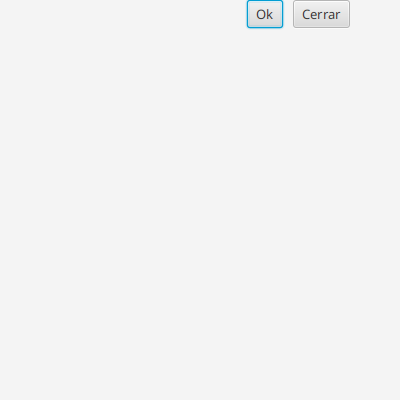
Repository: anxoportela/PROG
Program's window: java Java_Interfaz/ProyectoJavaFX/src/com/acarballeira/javaFX/ejemplo6/App.java
The author's editor kept a copy of each file at every save. The program's window is drawn from the files as they stood at one save, then again after the next save.
It runs on Java 21 on a 1366 x 768 screen with JavaFX 11; the title bar is not drawn.

Above is the program's window before, as saved 2020-03-04 20:35:05.

After the next save:
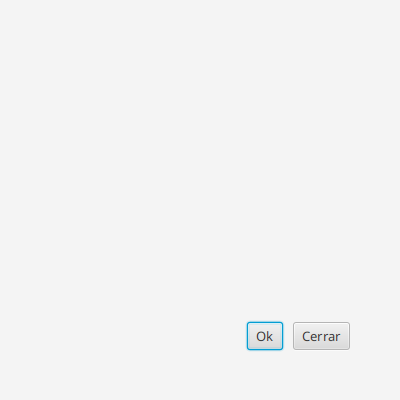
Saved 35 s later.
--- a/Java_Interfaz/ProyectoJavaFX/src/com/acarballeira/javaFX/ejemplo6/App.java
+++ b/Java_Interfaz/ProyectoJavaFX/src/com/acarballeira/javaFX/ejemplo6/App.java
@@ -26,6 +26,7 @@
 		hbox.setSpacing(10);
 
 		AnchorPane.setRightAnchor(hbox, 50d);
+		AnchorPane.setBottomAnchor(hbox, 50d);
 
 		root.getChildren().add(hbox);
 
